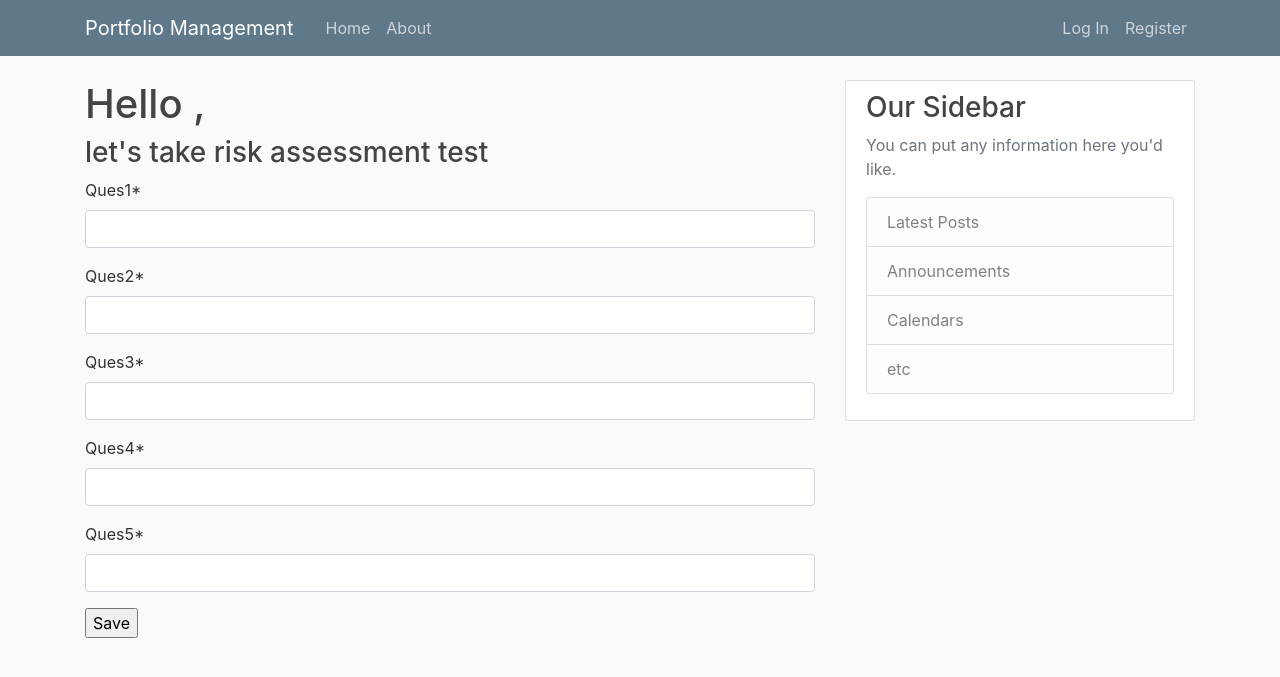
Repository: rahulsolankib/portfolio
Page: http://localhost/questions/
The author's editor kept a copy of each file at every save. The page is drawn from the files as they stood at one save, then again after the next save.
The browser window is 1280 px wide. The pictures show the whole page.
The page is served by the project's application, run on Django 3.2 (manage.py). Other server files are loaded and not shown.

Above is the page before, as saved 2020-10-20 00:01:09.

### riskCalculator/templates/riskCalculator/questions.html
{% extends "startPage/base.html" %}
{% load crispy_forms_tags %}
{% crispy example_form %}


{% block content %}
    <h1>Hello {{user.username}},</h1>
    <h3>let's take risk assessment test</h3>
    <form method='POST'>
        {% csrf_token %}
        {{formRec | crispy}}

        <input type='submit' value="Save" />
    </form>

{% endblock content %}

### startPage/templates/startPage/base.html
{% load static %}
<!DOCTYPE html>
<html>
<head>
    <meta charset="utf-8">
    <meta name="viewport" content="width=device-width, initial-scale=1, shrink-to-fit=no">

    <!-- Bootstrap CSS -->
    <link rel="stylesheet" href="https://stackpath.bootstrapcdn.com/bootstrap/4.5.2/css/bootstrap.min.css" integrity="sha384-JcKb8q3iqJ61gNV9KGb8thSsNjpSL0n8PARn9HuZOnIxN0hoP+VmmDGMN5t9UJ0Z" crossorigin="anonymous">

    <link rel="stylesheet" type="text/css" href="{% static 'startPage/main.css' %}">
    {% if title %}
        <title>Django - {{title}}</title>
    {% else %}
        <title>Django</title>
    {% endif %}
</head>
<body>
    <header class="site-header">
        <nav class="navbar navbar-expand-md navbar-dark bg-steel fixed-top">
            <div class="container">
            <a class="navbar-brand mr-4" href="{% url 'Start-Page' %}">Portfolio Management</a>
            <button class="navbar-toggler" type="button" data-toggle="collapse" data-target="#navbarToggle" aria-controls="navbarToggle" aria-expanded="false" aria-label="Toggle navigation">
            <span class="navbar-toggler-icon"></span>
            </button>
            <div class="collapse navbar-collapse" id="navbarToggle">
                <div class="navbar-nav mr-auto">
                <a class="nav-item nav-link" href="{% url 'Start-Page' %}">Home</a>
                <a class="nav-item nav-link" href="{% url 'About-Page' %}">About</a>
                {% if user.is_authenticated %}
                    <a class="nav-item nav-link" href="{% url 'questions' %}">Risk-Assessment</a>
                {% endif%}
                </div>
                <!-- Navbar Right Side -->
                <div class="navbar-nav">
                {% if user.is_authenticated %}
                    <a class="nav-item nav-link" href="{% url 'profile' %}">@{{user.username}}</a>
                    <a class="nav-item nav-link" href="{% url 'logout' %}">Log Out</a>
                {% else %}
                    <a class="nav-item nav-link" href="{% url 'login' %}">Log In</a>
                    <a class="nav-item nav-link" href="{% url 'register' %}">Register</a>
                {% endif%}
                </div>
            </div>
            </div>
        </nav>
    </header>
    <main role="main" class="container">
        <div class="row">
            <div class="col-md-8">
                {% if messages %}
                    {% for message in messages%}
                        <div class="alert alert-{{message.tags}}">
                            {{message}}
                        </div>
                    {% endfor %}
                {% endif %}
                {% block content %}{% endblock %}
            </div>
            <div class="col-md-4">
            <div class="content-section">
                <h3>Our Sidebar</h3>
                <p class='text-muted'>You can put any information here you'd like.
                <ul class="list-group">
                    <li class="list-group-item list-group-item-light">Latest Posts</li>
                    <li class="list-group-item list-group-item-light">Announcements</li>
                    <li class="list-group-item list-group-item-light">Calendars</li>
                    <li class="list-group-item list-group-item-light">etc</li>
                </ul>
                </p>
            </div>
            </div>
        </div>
    </main>


    <script src="https://code.jquery.com/jquery-3.5.1.slim.min.js" integrity="sha384-DfXdz2htPH0lsSSs5nCTpuj/zy4C+OGpamoFVy38MVBnE+IbbVYUew+OrCXaRkfj" crossorigin="anonymous"></script>
    <script src="https://cdn.jsdelivr.net/npm/popper.js@1.16.1/dist/umd/popper.min.js" integrity="sha384-9/reFTGAW83EW2RDu2S0VKaIzap3H66lZH81PoYlFhbGU+6BZp6G7niu735Sk7lN" crossorigin="anonymous"></script>
    <script src="https://stackpath.bootstrapcdn.com/bootstrap/4.5.2/js/bootstrap.min.js" integrity="sha384-B4gt1jrGC7Jh4AgTPSdUtOBvfO8shuf57BaghqFfPlYxofvL8/KUEfYiJOMMV+rV" crossorigin="anonymous"></script>
</body>
</html>

### riskCalculator/forms.py
from django import forms

from .models import Que,RiskModel


class QForm(forms.Form):
    ques1 = forms.CharField()
    ques2 = forms.CharField()
    ques3 = forms.CharField()
    ques4 = forms.CharField()
    ques5 = forms.CharField()


class QueForm(forms.ModelForm):
    class Meta:
        model = Que
        fields = ['ques1','ques2','ques3','ques4','ques5']


class RiskForm(forms.ModelForm):
    class Meta:
        model = RiskModel
        fields = ['userid','risk_score']

### riskCalculator/models.py
from django.db import models
# from user.forms import User

# Create your models here.
class Que(models.Model):
    ques1 = models.CharField(max_length=120)
    ques2 = models.CharField(max_length=120)
    ques3 = models.CharField(max_length=120)
    ques4 = models.CharField(max_length=120)
    ques5 = models.CharField(max_length=120)

class RiskModel(models.Model):
    userid = models.IntegerField(unique=True)
    risk_score = models.DecimalField(
                         max_digits = 5,
                         decimal_places = 2)

### riskCalculator/views.py
from django.shortcuts import render
from .forms import QueForm,RiskForm,QForm

from .models import RiskModel

def questions(request):
    formRec = QForm(request.POST or None)
    context = {
        'formRec': formRec
    }
    userid = request.user.id


    data = {'userid' : userid, 'risk_score':32}
    form = RiskForm(data)
    if form.is_valid():
        profile = form.save(commit = True)
        profile.user = request.user
        profile.save()

    return render(request,'riskCalculator/questions.html',context)

### portfolio/urls.py
"""portfolio URL Configuration

The `urlpatterns` list routes URLs to views. For more information please see:
    https://docs.djangoproject.com/en/3.1/topics/http/urls/
Examples:
Function views
    1. Add an import:  from my_app import views
    2. Add a URL to urlpatterns:  path('', views.home, name='home')
Class-based views
    1. Add an import:  from other_app.views import Home
    2. Add a URL to urlpatterns:  path('', Home.as_view(), name='home')
Including another URLconf
    1. Import the include() function: from django.urls import include, path
    2. Add a URL to urlpatterns:  path('blog/', include('blog.urls'))
"""
from django.contrib import admin
from django.contrib.auth import views as auth_views
from django.urls import path,include
from user import views as user_views
from riskCalculator import views as riskCalculator_views

urlpatterns = [
    path('admin/', admin.site.urls),
    path('register/',user_views.register,name='register'),
    path('profile/',user_views.profile,name='profile'),
    path('',include('startPage.urls')),
    path('login/',auth_views.LoginView.as_view(template_name="user/login.html"),name='login'),
    path('logout/',auth_views.LogoutView.as_view(template_name="user/logout.html"),name='logout'),
    path('questions/',riskCalculator_views.questions,name='questions')
]

### startPage/urls.py
from django.urls import path
from . import views

urlpatterns = [
    path('', views.home,name="Start-Page"),
    path('about/', views.about,name="About-Page"),
]

### startPage/static/startPage/main.css
body {
    background: #fafafa;
    color: #333333;
    margin-top: 5rem;
  }

  h1, h2, h3, h4, h5, h6 {
    color: #444444;
  }

  ul {
    margin: 0;
  }

  .bg-steel {
    background-color: #5f788a;
  }

  .site-header .navbar-nav .nav-link {
    color: #cbd5db;
  }

  .site-header .navbar-nav .nav-link:hover {
    color: #ffffff;
  }

  .site-header .navbar-nav .nav-link.active {
    font-weight: 500;
  }

  .content-section {
    background: #ffffff;
    padding: 10px 20px;
    border: 1px solid #dddddd;
    border-radius: 3px;
    margin-bottom: 20px;
  }

  .article-title {
    color: #444444;
  }

  a.article-title:hover {
    color: #428bca;
    text-decoration: none;
  }

  .article-content {
    white-space: pre-line;
  }

  .article-img {
    height: 65px;
    width: 65px;
    margin-right: 16px;
  }

  .article-metadata {
    padding-bottom: 1px;
    margin-bottom: 4px;
    border-bottom: 1px solid #e3e3e3
  }

  .article-metadata a:hover {
    color: #333;
    text-decoration: none;
  }

  .article-svg {
    width: 25px;
    height: 25px;
    vertical-align: middle;
  }

  .account-img {
    height: 125px;
    width: 125px;
    margin-right: 20px;
    margin-bottom: 16px;
  }

  .account-heading {
    font-size: 2.5rem;
  }

After the next save:
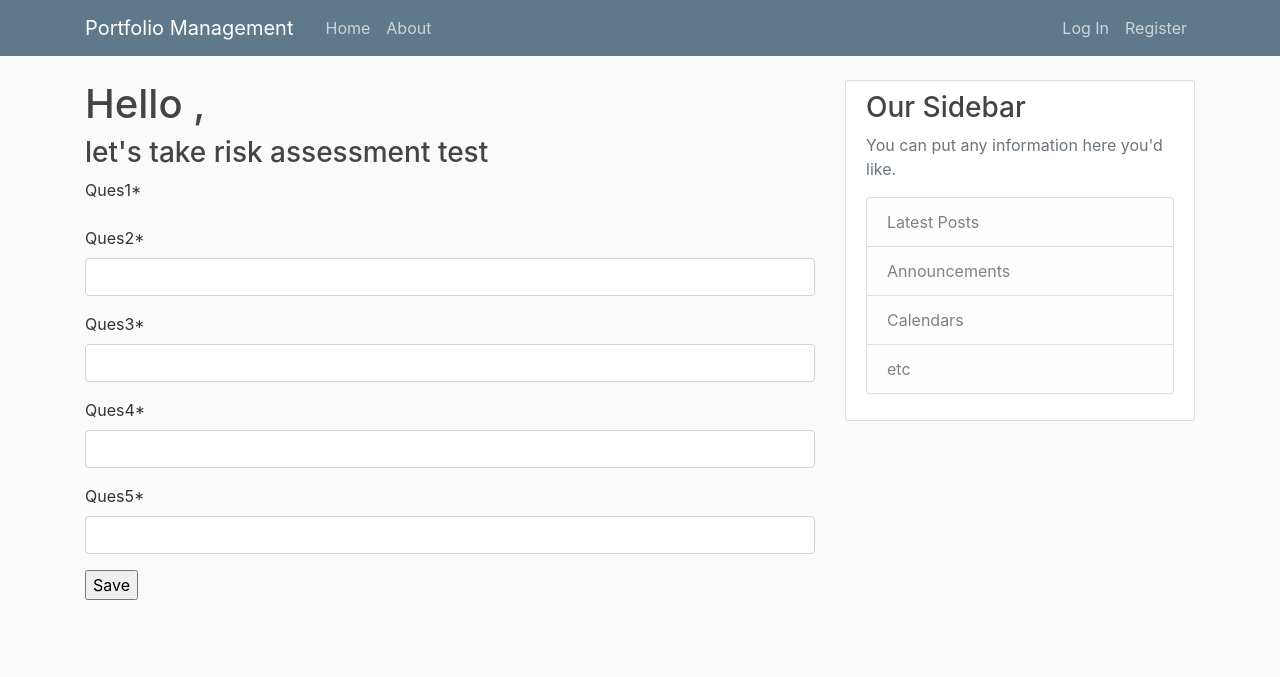
Saved 11 min 6 s later.
--- a/riskCalculator/forms.py
+++ b/riskCalculator/forms.py
@@ -4,7 +4,7 @@ from .models import Que,RiskModel
 
 
 class QForm(forms.Form):
-    ques1 = forms.CharField()
+    ques1 = forms.CharField(widget = forms.RadioSelect)
     ques2 = forms.CharField()
     ques3 = forms.CharField()
     ques4 = forms.CharField()
